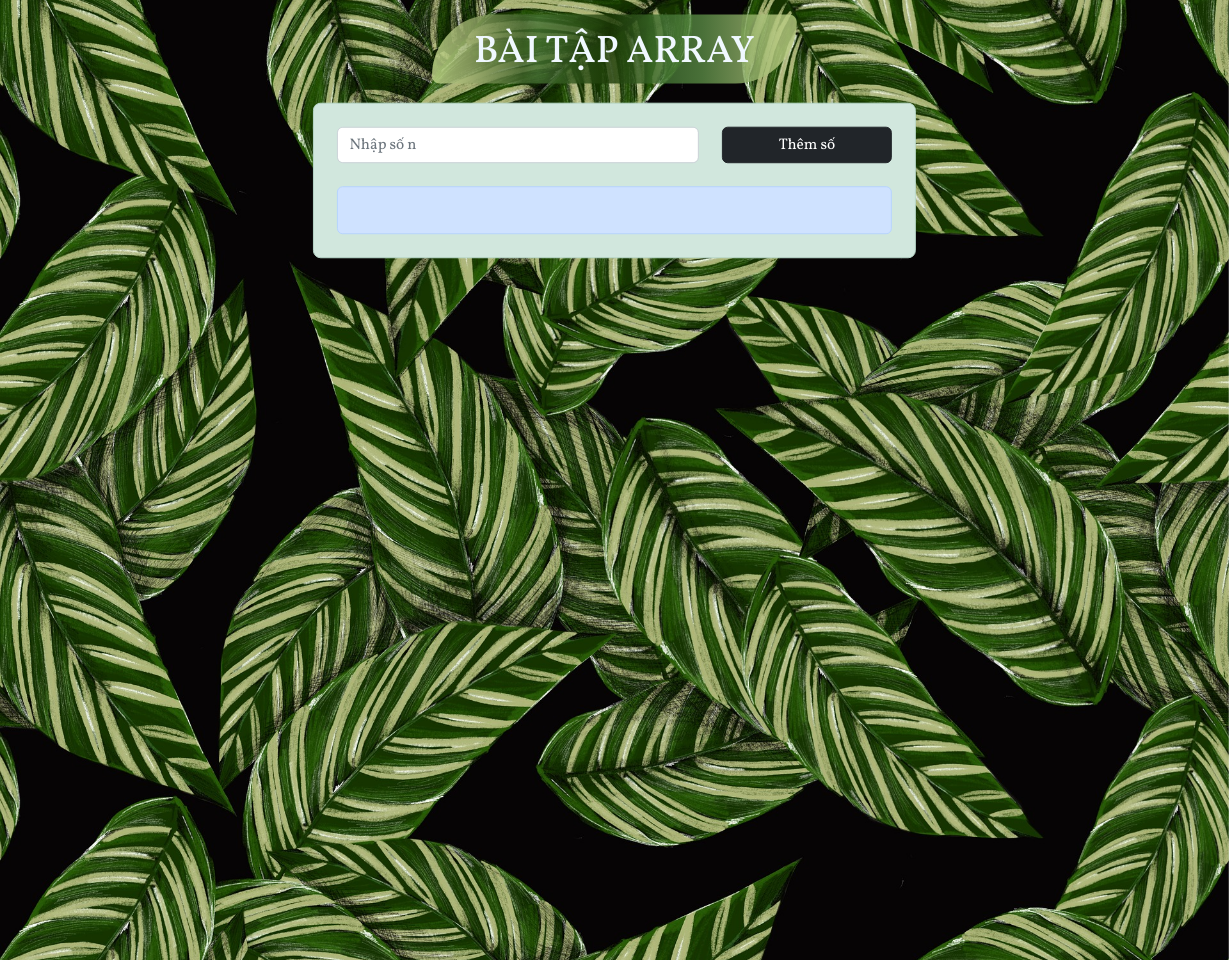
Repository: hcozyph/TranHuuPhuoc_BC43_BT_JS_Buoi7_8_ARRAY
Page: index.html
These files come from the project's save history. The page is drawn as it stood at one moment and after the next save; the edit follows.
The browser window is 1280 px wide. The pictures show the whole page, at 96% of full size.

Above is the page before, as saved 2023-02-20 22:35:34.

### index.html
<!DOCTYPE html>
<html lang="en">
    <head>
        <title>BT Array</title>
        <!-- Required meta tags -->
        <meta charset="utf-8" />
        <meta
            name="viewport"
            content="width=device-width, initial-scale=1, shrink-to-fit=no"
        />
        <!-- font -->
        <link rel="preconnect" href="https://fonts.googleapis.com" />
        <link rel="preconnect" href="https://fonts.gstatic.com" crossorigin />
        <link
            href="https://fonts.googleapis.com/css2?family=Fraunces:ital,opsz,wght@0,9..144,600;0,9..144,700;1,9..144,300;1,9..144,400;1,9..144,500;1,9..144,600;1,9..144,700;1,9..144,800&family=Vollkorn:ital,wght@0,400;0,500;0,600;0,700;0,800;0,900;1,400;1,500;1,600;1,700;1,800;1,900&display=swap"
            rel="stylesheet"
        />
        <!-- Bootstrap CSS v5.2.1 -->
        <link
            href="https://cdn.jsdelivr.net/npm/bootstrap@5.2.1/dist/css/bootstrap.min.css"
            rel="stylesheet"
            integrity="sha384-iYQeCzEYFbKjA/T2uDLTpkwGzCiq6soy8tYaI1GyVh/UjpbCx/TYkiZhlZB6+fzT"
            crossorigin="anonymous"
        />

        <!-- index.css -->
        <link rel="stylesheet" href="./css/index.css" />
    </head>

    <body>
        <div class="container">
            <div class="bt-array-top">
                <div class="bt-array-title pt-2">
                    <h1 class="text-center p-2">BÀI TẬP ARRAY</h1>
                </div>

                <div
                    class="alert alert-success w-50 text-center d-block rounded-3 p-4"
                    style="margin: 20px auto"
                >
                    <div class="row row-cols-3">
                        <div class="col-8">
                            <input
                                id="user-input"
                                type="number"
                                class="form-control"
                                placeholder="Nhập số n"
                                style="height: 100%"
                            />
                        </div>
                        <div class="col">
                            <button
                                id="user-btn"
                                class="btn btn-dark"
                                style="height: 100%; width: 100%"
                            >
                                Thêm số
                            </button>
                        </div>
                    </div>

                    <div class="row mt-4">
                        <div class="col">
                            <div
                                id="user-array"
                                class="alert alert-primary m-0 p-4"
                            ></div>
                        </div>
                    </div>
                </div>
            </div>

            <div class="bt-array-content">
                <div class=""></div>
                <div class="bt1"></div>
            </div>
        </div>

        <!-- Bootstrap JavaScript Libraries -->
        <script
            src="https://cdn.jsdelivr.net/npm/@popperjs/core@2.11.6/dist/umd/popper.min.js"
            integrity="sha384-oBqDVmMz9ATKxIep9tiCxS/Z9fNfEXiDAYTujMAeBAsjFuCZSmKbSSUnQlmh/jp3"
            crossorigin="anonymous"
        ></script>

        <script
            src="https://cdn.jsdelivr.net/npm/bootstrap@5.2.1/dist/js/bootstrap.min.js"
            integrity="sha384-7VPbUDkoPSGFnVtYi0QogXtr74QeVeeIs99Qfg5YCF+TidwNdjvaKZX19NZ/e6oz"
            crossorigin="anonymous"
        ></script>

        <!-- method.js -->
        <link rel="stylesheet" href="./js/method.js" />

        <!-- index.js -->
        <script src="./js/index.js"></script>
    </body>
</html>

### css/index.css
* {
    margin: 0;
    padding: 0;
    box-sizing: border-box;
    font-family: "Fraunces", serif;
    font-family: "Vollkorn", serif;
}

.container {
    margin: 0 auto;
    max-width: 1440px;

    background-image: url(../img/2.jpg);
    background-size: cover;
    background-position: center;
    background-repeat: no-repeat;

    height: 1000px;
    padding-top: 15px;
}

.bt-array-title {
    display: block;
    width: 380px;
    margin: 0 auto;
    border-radius: 80px 10px 80px 10px;

    font-size: 40px;
    font-weight: 700;
    /* background-color: red; */
    color: aliceblue;
    background: rgb(156, 173, 110);
    background: linear-gradient(
        90deg,
        rgba(198, 219, 142, 0.8) 0%,
        rgba(156, 173, 110, 0.8) 10%,
        rgba(60, 94, 39, 0.8) 25%,
        rgba(68, 112, 49, 0.8) 29%,
        rgba(27, 57, 5, 0.8) 49%,
        rgba(66, 114, 50, 0.8) 63%,
        rgba(90, 139, 69, 0.8) 74%,
        rgba(184, 203, 130, 0.8) 95%
    );
}

/* .bt-array-content {
} */

Loaded but not shown: js/index.js (no copy from this time; the picture is the same without it); js/method.js (no stored copy; drawn as an empty file)

After the next save:
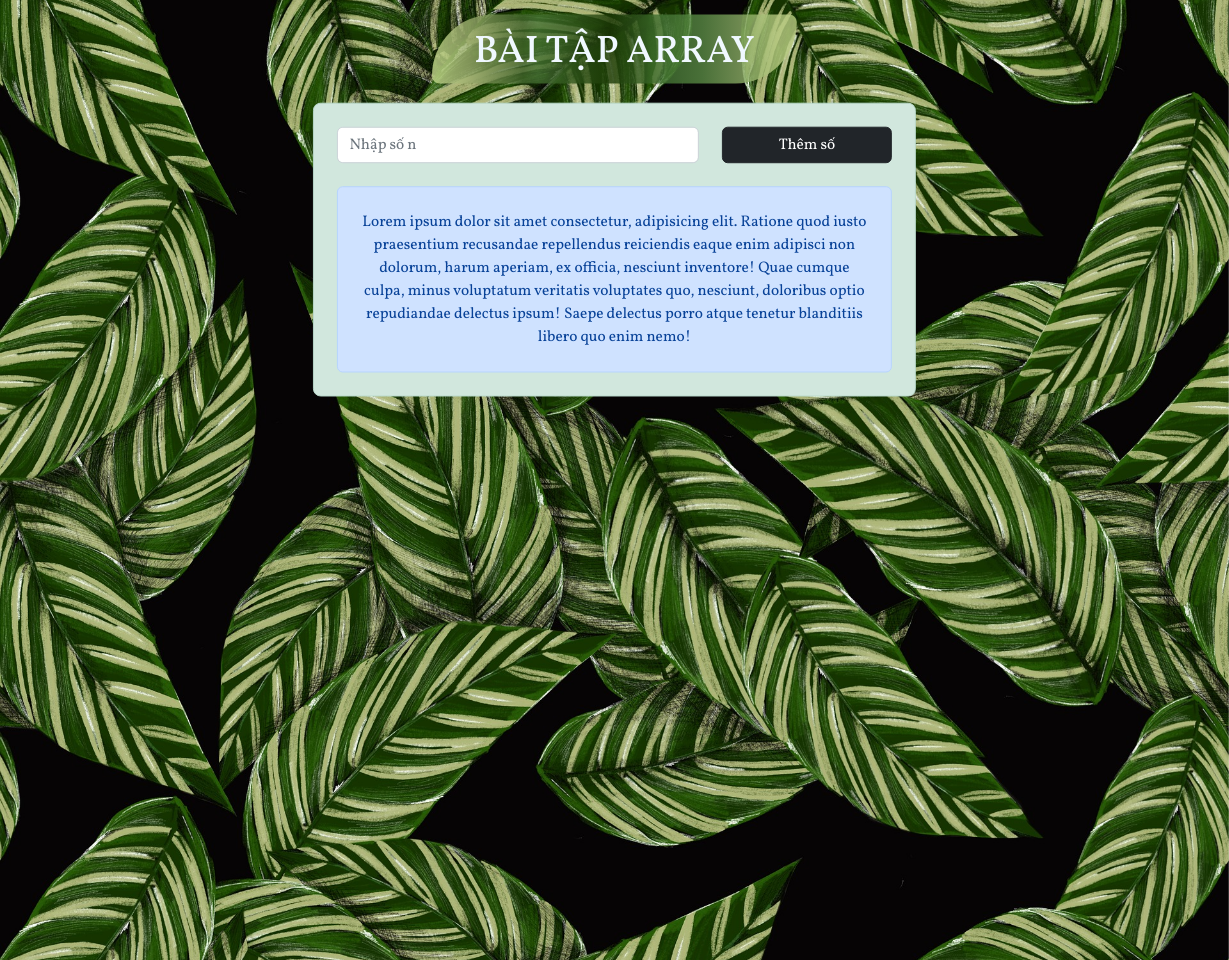
Saved 23 s later.
--- a/index.html
+++ b/index.html
@@ -64,7 +64,17 @@
                             <div
                                 id="user-array"
                                 class="alert alert-primary m-0 p-4"
-                            ></div>
+                            >
+                                Lorem ipsum dolor sit amet consectetur,
+                                adipisicing elit. Ratione quod iusto praesentium
+                                recusandae repellendus reiciendis eaque enim
+                                adipisci non dolorum, harum aperiam, ex officia,
+                                nesciunt inventore! Quae cumque culpa, minus
+                                voluptatum veritatis voluptates quo, nesciunt,
+                                doloribus optio repudiandae delectus ipsum!
+                                Saepe delectus porro atque tenetur blanditiis
+                                libero quo enim nemo!
+                            </div>
                         </div>
                     </div>
                 </div>
